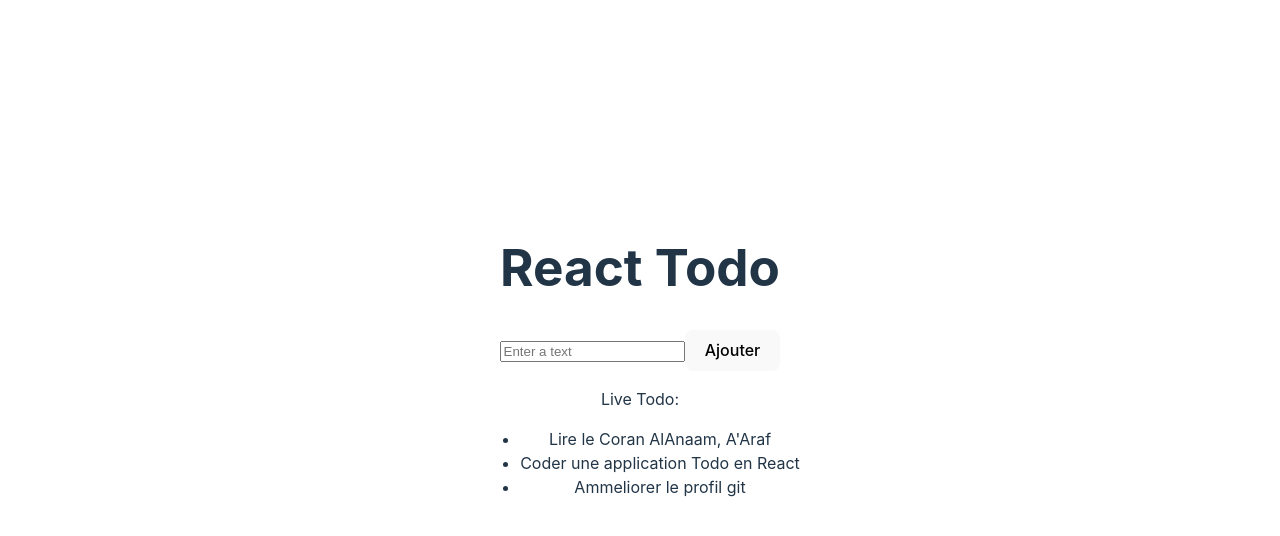
Repository: feyroozecode/React-Todo
Page: /
These files come from the project's save history. The page is drawn as it stood at one moment and after a run of saves; the edit follows.
The browser window is 1280 px wide. The pictures show the whole page.
The project was rebuilt for these pictures with package versions that can differ from the ones it lists, and the page was loaded fresh each time. Also part of the build but not shown: vite.config.js.

Above is the page before, as saved 2023-09-21 10:53:33.

### src/App.jsx
import { useState } from 'react'

import './App.css'

export default function App() {

  const initialList = [
      'Lire le Coran AlAnaam, A\'Araf ' ,
      'Coder une application Todo en React',
      'Ammeliorer le profil git '
    ]

  const [todos, setTodos] = useState(initialList)
  const [input, setInput] = useState('')

  const handleInputChange = (e) =>  {
    setInput(e.target.value)
  }

  function handleAdd() {
    const item = todos.concat({ input })

    setTodos(item)
  }

  return (
    <>
      <div>
        <center> <h1> React Todo </h1> </center>
      </div>

      <div>
        <input
            type="text"
            placeholder='Enter a text'
            value={input}
            onChange={handleInputChange}

            />
        <button
          onClick={handleAdd}
          type='button'
          >Ajouter</button>
         <p>
          Live Todo: <strong> { input } </strong>
          </p>

      </div>

     <ul>
      {
        todos.map(((item, index) => (
          <li key={index}> { item } </li>
        )))
      }
     </ul>

    </>
  )
}

Loaded but not shown: index.html (common file); src/main.jsx (common file); src/index.css (common file); src/App.css (common file)

After the next 3 saves:
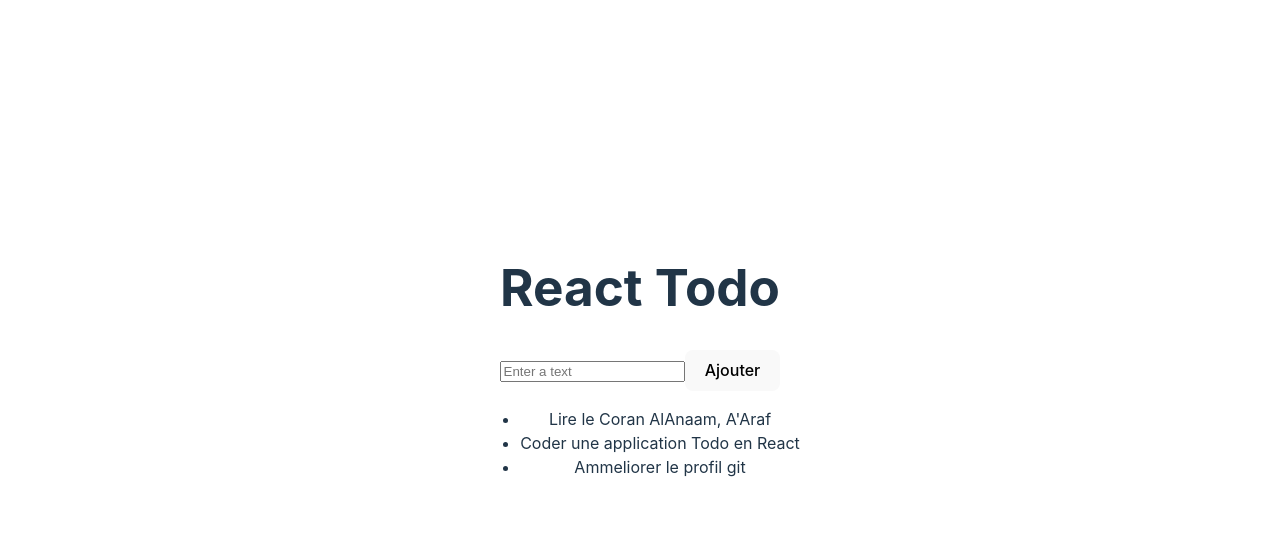
The 3 saves are shown as one change because they came seconds apart.
The last was saved 14 s later.
--- a/src/App.jsx
+++ b/src/App.jsx
@@ -42,7 +42,7 @@
           type='button'
           >Ajouter</button>
          <p>
-          Live Todo: <strong> { input } </strong>
+         <i> </i> <strong> { input } </strong>
           </p>
 
       </div>
